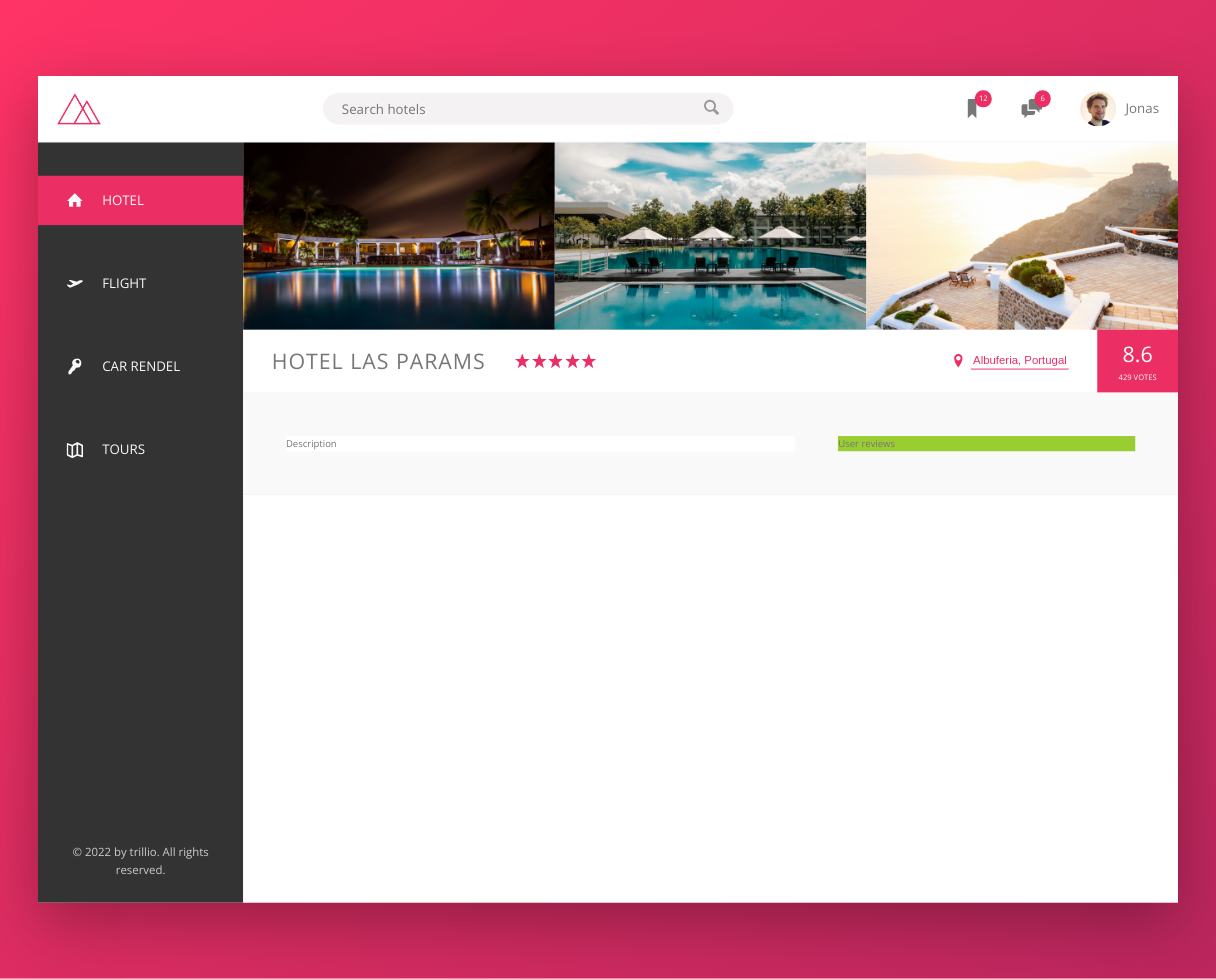
Repository: mohamediyas/flex_website
Page: index.html
The author's editor kept a copy of each file at every save. The page is drawn from the files as they stood at one save, then again after the next save.
The browser window is 1280 px wide. The pictures show the whole page, at 95% of full size.
The style sheet was rebuilt from its Sass, Less or Tailwind sources for each picture, by a compiler version that may differ from the author's.

Above is the page before, as saved 2022-08-06 13:46:12.

After the next save:
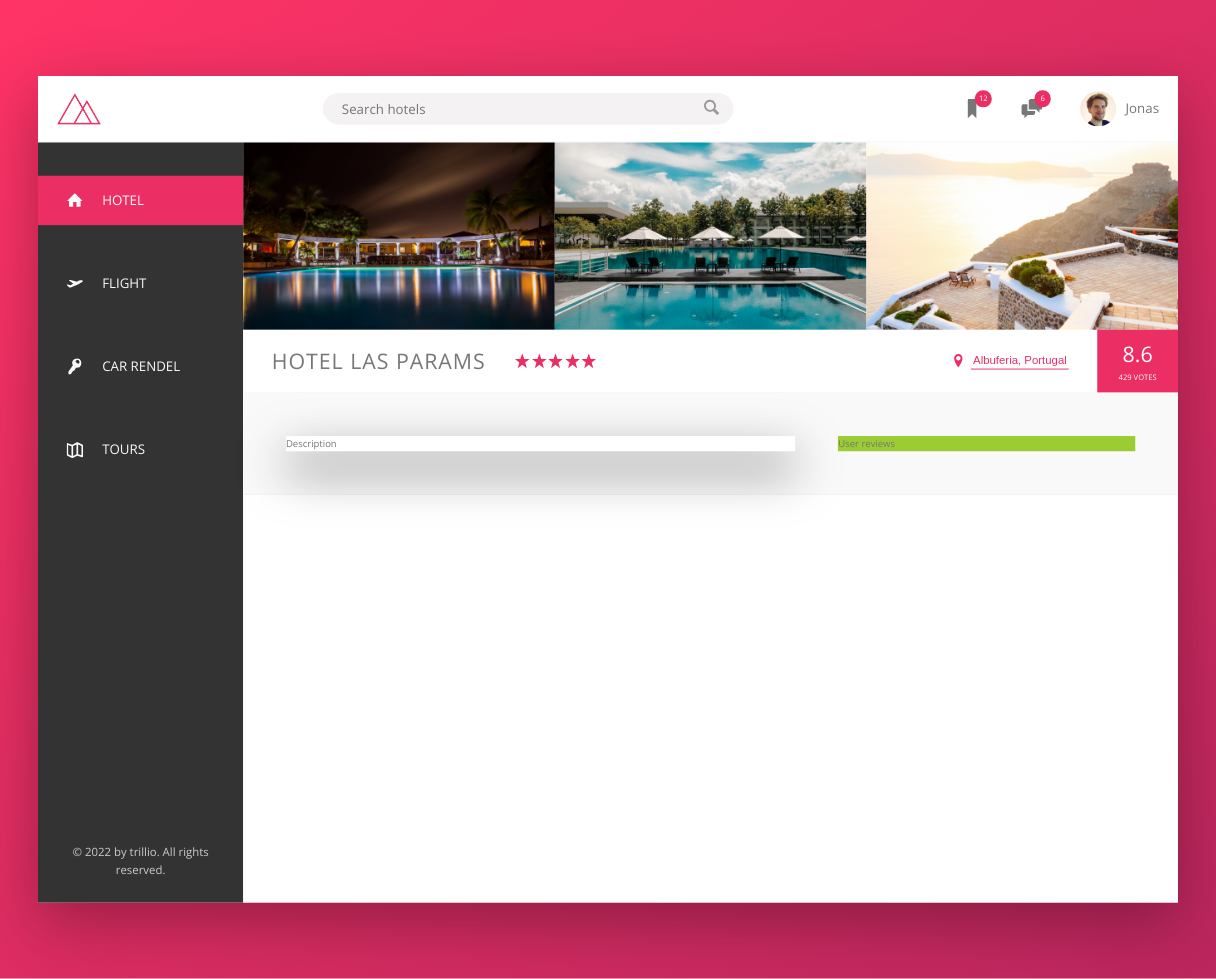
Saved 39 s later.
--- a/sass/_layout.scss
+++ b/sass/_layout.scss
@@ -45,6 +45,7 @@
   background-color: #fff;
   flex: 0 0 60%;
   margin-right: 4.5rem;
+  box-shadow: 0 2rem 5rem rgba(0, 0, 0, 0.6);
 }
 
 .user-reviews {

After the save that followed:
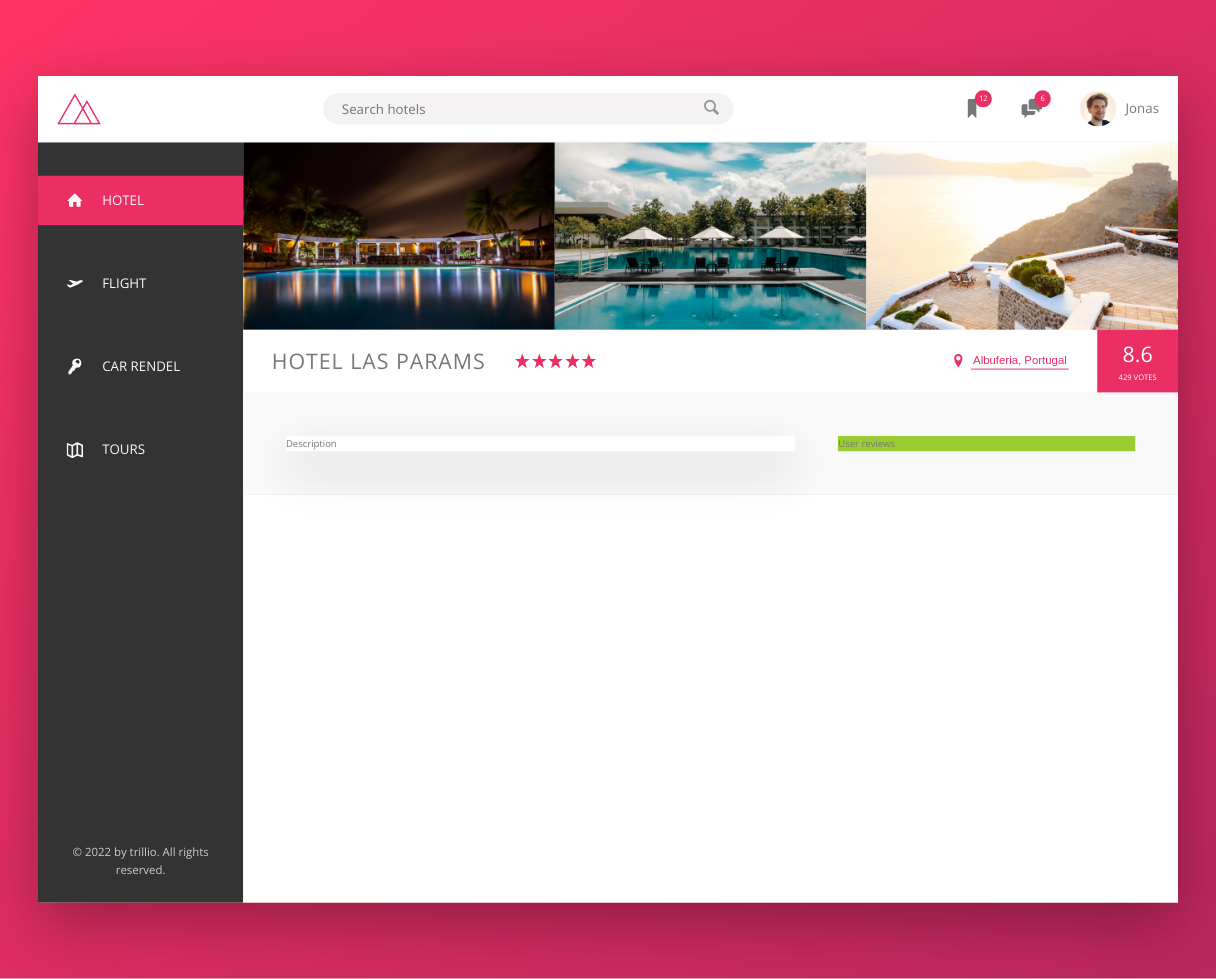
Saved 10 s later.
--- a/sass/_layout.scss
+++ b/sass/_layout.scss
@@ -45,7 +45,7 @@
   background-color: #fff;
   flex: 0 0 60%;
   margin-right: 4.5rem;
-  box-shadow: 0 2rem 5rem rgba(0, 0, 0, 0.6);
+  box-shadow: 0 2rem 5rem rgba(0, 0, 0, 0.2);
 }
 
 .user-reviews {
